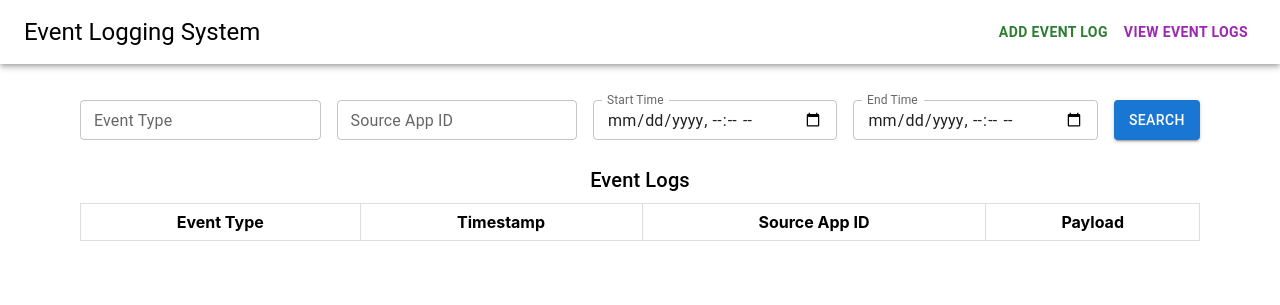
Repository: sayan0fficial/ErrorLogSys
Page: /viewlogs (app in frontend/)
An editor plug-in stored every save of this project. The page is shown before and after the next save, followed by the edit.
The browser window is 1280 px wide. The pictures show the whole page.
The page's requests for data from a server got no answer. The project was rebuilt for these pictures with package versions that can differ from the ones it lists, and the page was loaded fresh each time. No one was signed in, and anything a server would have sent is missing. Also part of the build but not shown: frontend/src/components/eventLogForm.js.

Above is the page before, as saved 2024-11-25 06:10:51.

### frontend/src/App.js
import React, { useState } from 'react';
import { BrowserRouter as Router, Routes, Route } from 'react-router-dom';
import { AppBar, Toolbar, Button, Container, Typography } from '@mui/material';
import { Link as RouterLink } from 'react-router-dom'; // Use for routing links
import EventLogForm from './components/eventLogForm';
import EventLogList from './components/eventLogList';

const App = () => {
  const [eventLogs, setEventLogs] = useState([]);

  const handleAddEvent = (newEvent) => {
    setEventLogs([newEvent, ...eventLogs]);
  };

  return (
    <Router>
      <div>
        <AppBar position="static" color="transparent">
          <Toolbar>
            <Typography variant="h5" style={{ flexGrow: 1 }}>
              Event Logging System
            </Typography>
            <Button color="success" component={RouterLink} to="/addlogs">
              <b>Add Event Log</b>
            </Button>
            <Button color="secondary" component={RouterLink} to="/viewlogs">
              <b>View Event Logs</b>
            </Button>
          </Toolbar>
        </AppBar>

       {/* main content */}
        <Container style={{ marginTop: '20px' }}>
          <Routes>
            <Route
              path="/addlogs"
              element={<EventLogForm onAdd={(newEvent) => handleAddEvent(newEvent)} />}
            />
            <Route path="/viewlogs" element={<EventLogList eventLogs={eventLogs} />} />
          </Routes>
        </Container>
      </div>
    </Router>
  );
};

export default App;

### frontend/src/components/eventLogList.js
import React, { useEffect, useState } from 'react';
import { getEventLogs } from '../services/api';
import { Box, Button, TextField, Typography } from '@mui/material';

const EventLogList = () => {
  const [eventLogs, setEventLogs] = useState([]); // Array of logs
  const [filters, setFilters] = useState({
    eventType: '',
    sourceAppId: '',
    startTime: '',
    endTime: '',
  });

  // Fetch Event Logs
  const fetchEventLogs = async () => {
    try {
      const data = await getEventLogs(filters); // Fetch logs using API
      setEventLogs(Array.isArray(data) ? data : []); // Ensure it's an array
    } catch (error) {
      console.error('Error fetching event logs:', error.response?.data || error.message);
      alert('Error fetching logs. Please check the console for details.');
      setEventLogs([]);
    }
  };

  // Fetch logs on filter changes
  useEffect(() => {
    fetchEventLogs();
  }, [filters]);

  const formatTimestamp = (timestamp) => {
    if (timestamp) {
      return new Date(timestamp).toLocaleString('en-US', { timeZone: 'UTC' });
    }
    return 'No Timestamp';
  };

  const formatPayload = (payload) => {
    if (payload && Object.keys(payload).length > 0) {
      return Object.entries(payload)
        .map(([key, value]) => `${key}: ${value}`)
        .join(', ');
    }
    return 'Empty Payload';
  };

  return (
    <Box sx={{ padding: 2 }}>
      {/* Filters */}
      <Box sx={{ display: 'flex', gap: 2, marginBottom: 3 }}>
        <TextField
          label="Event Type"
          value={filters.eventType}
          onChange={(e) => setFilters({ ...filters, eventType: e.target.value })}
          variant="outlined"
          size="small"
        />
        <TextField
          label="Source App ID"
          value={filters.sourceAppId}
          onChange={(e) => setFilters({ ...filters, sourceAppId: e.target.value })}
          variant="outlined"
          size="small"
        />
        <TextField
          label="Start Time"
          type="datetime-local"
          value={filters.startTime}
          onChange={(e) => setFilters({ ...filters, startTime: e.target.value })}
          InputLabelProps={{ shrink: true }}
          size="small"
        />
        <TextField
          label="End Time"
          type="datetime-local"
          value={filters.endTime}
          onChange={(e) => setFilters({ ...filters, endTime: e.target.value })}
          InputLabelProps={{ shrink: true }}
          size="small"
        />
        <Button variant="contained" color="primary" onClick={fetchEventLogs}>
          Search
        </Button>
      </Box>
      <Typography variant="h6" gutterBottom sx={{ textAlign: 'center' }}>
        Event Logs
      </Typography>

      {/* Basic Table */}
      <Box sx={{ height: 'auto' }}>
        <table style={{ width: '100%', borderCollapse: 'collapse' }}>
          <thead>
            <tr>
              <th style={{ border: '1px solid #ddd', padding: '8px' }}>Event Type</th>
              <th style={{ border: '1px solid #ddd', padding: '8px' }}>Timestamp</th>
              <th style={{ border: '1px solid #ddd', padding: '8px' }}>Source App ID</th>
              <th style={{ border: '1px solid #ddd', padding: '8px' }}>Payload</th>
            </tr>
          </thead>
          <tbody>
            {eventLogs.map((log) => (
              <tr key={log._id}>
                <td style={{ border: '1px solid #ddd', padding: '8px' }}>{log.eventType}</td>
                <td style={{ border: '1px solid #ddd', padding: '8px' }}>
                  {formatTimestamp(log.timestamp)}
                </td>
                <td style={{ border: '1px solid #ddd', padding: '8px' }}>{log.sourceAppId}</td>
                <td style={{ border: '1px solid #ddd', padding: '8px' }}>
                  {formatPayload(log.payload)}
                </td>
              </tr>
            ))}
          </tbody>
        </table>
      </Box>
    </Box>
  );
};

export default EventLogList;

### frontend/src/services/api.js
import axios from 'axios';

const API_URL = 'http://localhost:80/eventlog';

// API call to add a new event log
export const addEventLog = async (eventLogData) => {
  try {
    const response = await axios.post(`${API_URL}/add`, eventLogData);
    return response.data; // Assuming the backend sends the created event log as a response
  } catch (error) {
    console.error('Error adding event log:', error);
    throw error; // This can be caught in the calling component to show an error
  }
};

export const getEventLogs = async (filters) => {
  try {
    const response = await axios.get(`${API_URL}/fetch`, { params: filters });
    return response.data; // Assuming the backend sends data as response
  } catch (error) {
    console.error('Error fetching event logs:', error.message || error.response);
    throw error; // Rethrow the error to handle it in the calling component
  }
};

### frontend/src/components/realTimeLogs.js
// src/components/RealTimeLogs.js

import React, { useEffect, useState } from 'react';
import { Box, Typography, Table, TableBody, TableCell, TableHead, TableRow } from '@mui/material';

const RealTimeLogs = () => {
  const [eventLogs, setEventLogs] = useState([]);

  useEffect(() => {
    // Connect to WebSocket server
    const ws = new WebSocket('ws://localhost:80');  // Make sure to use your server's URL here

    ws.onmessage = (event) => {
      const newLog = JSON.parse(event.data);  // Parse the log data
      setEventLogs((prevLogs) => [newLog, ...prevLogs]);  // Add the new log to the state
    };

    ws.onopen = () => {
      console.log('Connected to WebSocket server');
    };

    ws.onclose = () => {
      console.log('Disconnected from WebSocket server');
    };

    // Clean up WebSocket connection when component unmounts
    return () => {
      ws.close();
    };
  }, []);

  return (
    <Box sx={{ padding: 2 }}>
      <Typography variant="h6" gutterBottom>
        Real-Time Event Logs
      </Typography>

      <Table>
        <TableHead>
          <TableRow>
            <TableCell>Event Type</TableCell>
            <TableCell>Timestamp</TableCell>
            <TableCell>Source App ID</TableCell>
            <TableCell>Payload</TableCell>
          </TableRow>
        </TableHead>
        <TableBody>
          {eventLogs.map((log) => (
            <TableRow key={log._id}>
              <TableCell>{log.eventType}</TableCell>
              <TableCell>{new Date(log.timestamp).toLocaleString()}</TableCell>
              <TableCell>{log.sourceAppId}</TableCell>
              <TableCell>{JSON.stringify(log.payload)}</TableCell>
            </TableRow>
          ))}
        </TableBody>
      </Table>
    </Box>
  );
};

export default RealTimeLogs;

Loaded but not shown: frontend/public/index.html (common file); frontend/src/index.js (common file); frontend/src/index.css (common file); frontend/src/reportWebVitals.js (common file)

After the next save:
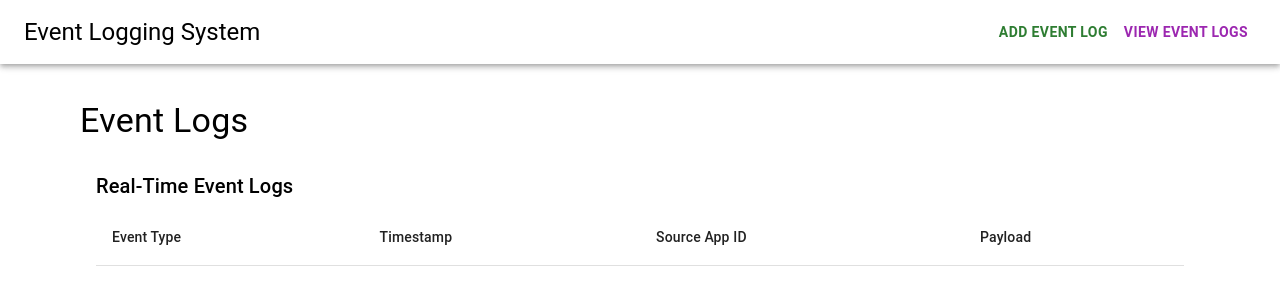
Saved 20 s later.
--- a/frontend/src/components/eventLogList.js
+++ b/frontend/src/components/eventLogList.js
@@ -1,6 +1,9 @@
+// src/components/EventLogList.js
+
 import React, { useEffect, useState } from 'react';
+import { Box, Typography, Table, TableBody, TableCell, TableHead, TableRow } from '@mui/material';
 import { getEventLogs } from '../services/api';
-import { Box, Button, TextField, Typography } from '@mui/material';
+import RealTimeLogs from './RealTimeLogs';  // Import RealTimeLogs component
 
 const EventLogList = () => {
   const [eventLogs, setEventLogs] = useState([]); // Array of logs
@@ -28,91 +31,44 @@
     fetchEventLogs();
   }, [filters]);
 
-  const formatTimestamp = (timestamp) => {
-    if (timestamp) {
-      return new Date(timestamp).toLocaleString('en-US', { timeZone: 'UTC' });
-    }
-    return 'No Timestamp';
-  };
-
-  const formatPayload = (payload) => {
-    if (payload && Object.keys(payload).length > 0) {
-      return Object.entries(payload)
-        .map(([key, value]) => `${key}: ${value}`)
-        .join(', ');
-    }
-    return 'Empty Payload';
-  };
+  const columns = [
+    { field: 'eventType', headerName: 'Event Type', flex: 1 },
+    {
+      field: 'timestamp',
+      headerName: 'Timestamp',
+      flex: 1,
+      valueGetter: (params) => {
+        const timestamp = params.row?.timestamp;
+        return timestamp ? new Date(timestamp).toLocaleString('en-US', { timeZone: 'UTC' }) : 'No Timestamp';
+      },
+    },
+    { field: 'sourceAppId', headerName: 'Source App ID', flex: 1 },
+    {
+      field: 'payload',
+      headerName: 'Payload',
+      flex: 2,
+      valueGetter: (params) => {
+        const payload = params.row?.payload;
+        if (payload && Object.keys(payload).length > 0) {
+          // Format the payload object into a readable string (key: value)
+          return Object.entries(payload)
+            .map(([key, value]) => `${key}: ${value}`)
+            .join(', ');
+        }
+      },
+    },
+  ];
 
   return (
     <Box sx={{ padding: 2 }}>
-      {/* Filters */}
-      <Box sx={{ display: 'flex', gap: 2, marginBottom: 3 }}>
-        <TextField
-          label="Event Type"
-          value={filters.eventType}
-          onChange={(e) => setFilters({ ...filters, eventType: e.target.value })}
-          variant="outlined"
-          size="small"
-        />
-        <TextField
-          label="Source App ID"
-          value={filters.sourceAppId}
-          onChange={(e) => setFilters({ ...filters, sourceAppId: e.target.value })}
-          variant="outlined"
-          size="small"
-        />
-        <TextField
-          label="Start Time"
-          type="datetime-local"
-          value={filters.startTime}
-          onChange={(e) => setFilters({ ...filters, startTime: e.target.value })}
-          InputLabelProps={{ shrink: true }}
-          size="small"
-        />
-        <TextField
-          label="End Time"
-          type="datetime-local"
-          value={filters.endTime}
-          onChange={(e) => setFilters({ ...filters, endTime: e.target.value })}
-          InputLabelProps={{ shrink: true }}
-          size="small"
-        />
-        <Button variant="contained" color="primary" onClick={fetchEventLogs}>
-          Search
-        </Button>
-      </Box>
-      <Typography variant="h6" gutterBottom sx={{ textAlign: 'center' }}>
+      <Typography variant="h4" gutterBottom>
         Event Logs
       </Typography>
 
-      {/* Basic Table */}
-      <Box sx={{ height: 'auto' }}>
-        <table style={{ width: '100%', borderCollapse: 'collapse' }}>
-          <thead>
-            <tr>
-              <th style={{ border: '1px solid #ddd', padding: '8px' }}>Event Type</th>
-              <th style={{ border: '1px solid #ddd', padding: '8px' }}>Timestamp</th>
-              <th style={{ border: '1px solid #ddd', padding: '8px' }}>Source App ID</th>
-              <th style={{ border: '1px solid #ddd', padding: '8px' }}>Payload</th>
-            </tr>
-          </thead>
-          <tbody>
-            {eventLogs.map((log) => (
-              <tr key={log._id}>
-                <td style={{ border: '1px solid #ddd', padding: '8px' }}>{log.eventType}</td>
-                <td style={{ border: '1px solid #ddd', padding: '8px' }}>
-                  {formatTimestamp(log.timestamp)}
-                </td>
-                <td style={{ border: '1px solid #ddd', padding: '8px' }}>{log.sourceAppId}</td>
-                <td style={{ border: '1px solid #ddd', padding: '8px' }}>
-                  {formatPayload(log.payload)}
-                </td>
-              </tr>
-            ))}
-          </tbody>
-        </table>
-      </Box>
+      {/* Filters and Event Logs Table */}
+      {/* Add your existing filter section and event logs table here */}
+      <RealTimeLogs />  {/* Add RealTimeLogs component to display real-time updates */}
+
     </Box>
   );
 };

After the save that followed:
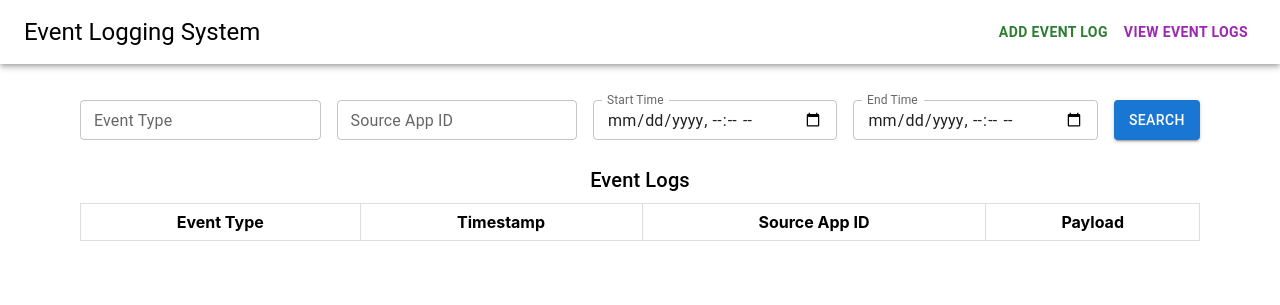
Saved 22 s later.
--- a/frontend/src/components/eventLogList.js
+++ b/frontend/src/components/eventLogList.js
@@ -1,9 +1,6 @@
-// src/components/EventLogList.js
-
 import React, { useEffect, useState } from 'react';
-import { Box, Typography, Table, TableBody, TableCell, TableHead, TableRow } from '@mui/material';
 import { getEventLogs } from '../services/api';
-import RealTimeLogs from './RealTimeLogs';  // Import RealTimeLogs component
+import { Box, Button, TextField, Typography } from '@mui/material';
 
 const EventLogList = () => {
   const [eventLogs, setEventLogs] = useState([]); // Array of logs
@@ -31,44 +28,91 @@
     fetchEventLogs();
   }, [filters]);
 
-  const columns = [
-    { field: 'eventType', headerName: 'Event Type', flex: 1 },
-    {
-      field: 'timestamp',
-      headerName: 'Timestamp',
-      flex: 1,
-      valueGetter: (params) => {
-        const timestamp = params.row?.timestamp;
-        return timestamp ? new Date(timestamp).toLocaleString('en-US', { timeZone: 'UTC' }) : 'No Timestamp';
-      },
-    },
-    { field: 'sourceAppId', headerName: 'Source App ID', flex: 1 },
-    {
-      field: 'payload',
-      headerName: 'Payload',
-      flex: 2,
-      valueGetter: (params) => {
-        const payload = params.row?.payload;
-        if (payload && Object.keys(payload).length > 0) {
-          // Format the payload object into a readable string (key: value)
-          return Object.entries(payload)
-            .map(([key, value]) => `${key}: ${value}`)
-            .join(', ');
-        }
-      },
-    },
-  ];
+  const formatTimestamp = (timestamp) => {
+    if (timestamp) {
+      return new Date(timestamp).toLocaleString('en-US', { timeZone: 'UTC' });
+    }
+    return 'No Timestamp';
+  };
+
+  const formatPayload = (payload) => {
+    if (payload && Object.keys(payload).length > 0) {
+      return Object.entries(payload)
+        .map(([key, value]) => `${key}: ${value}`)
+        .join(', ');
+    }
+    return 'Empty Payload';
+  };
 
   return (
     <Box sx={{ padding: 2 }}>
-      <Typography variant="h4" gutterBottom>
+      {/* Filters */}
+      <Box sx={{ display: 'flex', gap: 2, marginBottom: 3 }}>
+        <TextField
+          label="Event Type"
+          value={filters.eventType}
+          onChange={(e) => setFilters({ ...filters, eventType: e.target.value })}
+          variant="outlined"
+          size="small"
+        />
+        <TextField
+          label="Source App ID"
+          value={filters.sourceAppId}
+          onChange={(e) => setFilters({ ...filters, sourceAppId: e.target.value })}
+          variant="outlined"
+          size="small"
+        />
+        <TextField
+          label="Start Time"
+          type="datetime-local"
+          value={filters.startTime}
+          onChange={(e) => setFilters({ ...filters, startTime: e.target.value })}
+          InputLabelProps={{ shrink: true }}
+          size="small"
+        />
+        <TextField
+          label="End Time"
+          type="datetime-local"
+          value={filters.endTime}
+          onChange={(e) => setFilters({ ...filters, endTime: e.target.value })}
+          InputLabelProps={{ shrink: true }}
+          size="small"
+        />
+        <Button variant="contained" color="primary" onClick={fetchEventLogs}>
+          Search
+        </Button>
+      </Box>
+      <Typography variant="h6" gutterBottom sx={{ textAlign: 'center' }}>
         Event Logs
       </Typography>
 
-      {/* Filters and Event Logs Table */}
-      {/* Add your existing filter section and event logs table here */}
-      <RealTimeLogs />  {/* Add RealTimeLogs component to display real-time updates */}
-
+      {/* Basic Table */}
+      <Box sx={{ height: 'auto' }}>
+        <table style={{ width: '100%', borderCollapse: 'collapse' }}>
+          <thead>
+            <tr>
+              <th style={{ border: '1px solid #ddd', padding: '8px' }}>Event Type</th>
+              <th style={{ border: '1px solid #ddd', padding: '8px' }}>Timestamp</th>
+              <th style={{ border: '1px solid #ddd', padding: '8px' }}>Source App ID</th>
+              <th style={{ border: '1px solid #ddd', padding: '8px' }}>Payload</th>
+            </tr>
+          </thead>
+          <tbody>
+            {eventLogs.map((log) => (
+              <tr key={log._id}>
+                <td style={{ border: '1px solid #ddd', padding: '8px' }}>{log.eventType}</td>
+                <td style={{ border: '1px solid #ddd', padding: '8px' }}>
+                  {formatTimestamp(log.timestamp)}
+                </td>
+                <td style={{ border: '1px solid #ddd', padding: '8px' }}>{log.sourceAppId}</td>
+                <td style={{ border: '1px solid #ddd', padding: '8px' }}>
+                  {formatPayload(log.payload)}
+                </td>
+              </tr>
+            ))}
+          </tbody>
+        </table>
+      </Box>
     </Box>
   );
 };
